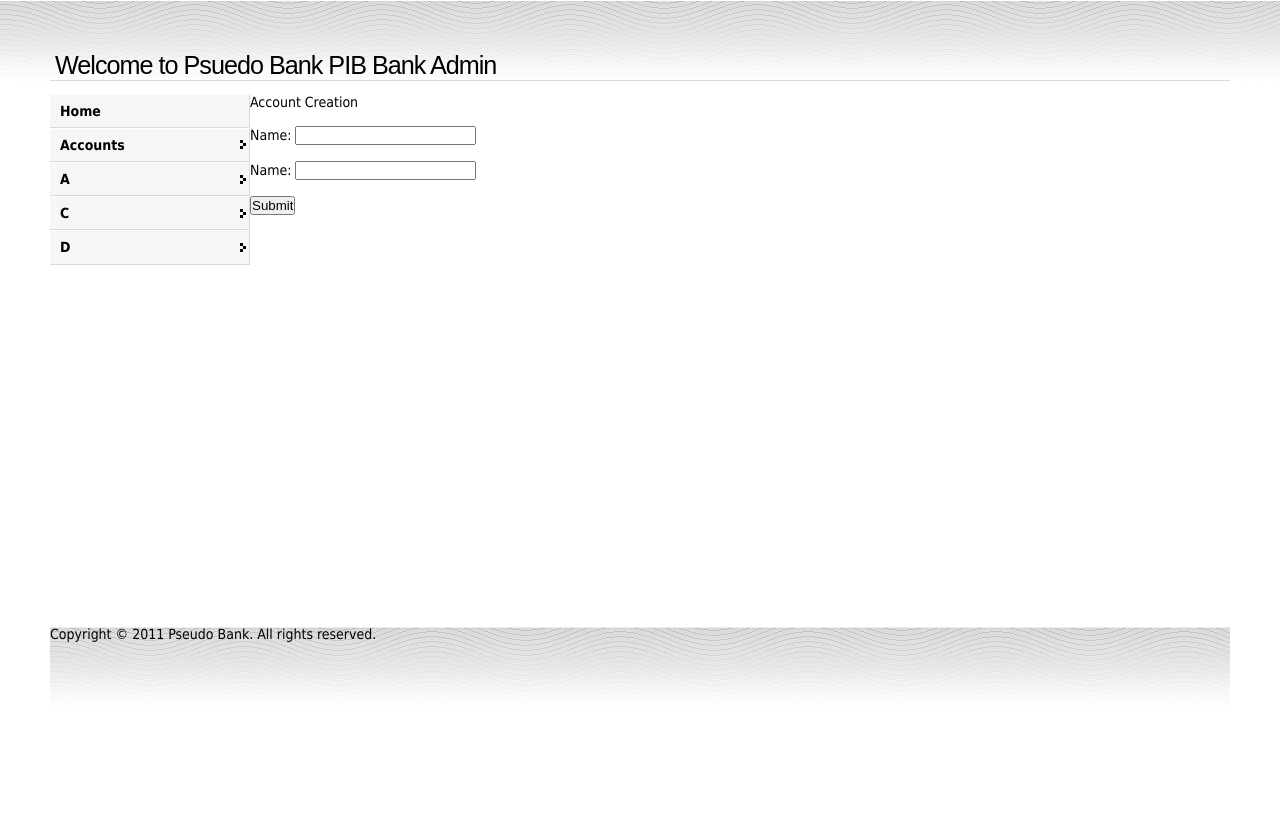
Repository: hareth12/Final-Year-Project
Page: http://localhost/bankAdmin/Account/accountCreation1.jsp
These files come from the project's save history. The page is drawn as it stood at one moment and after the next save; the edit follows.
The browser window is 1280 px wide. The pictures show the whole page.
The page is served by Tomcat 9.

Above is the page before, as saved 2011-09-30 02:02:42.

After the next save:
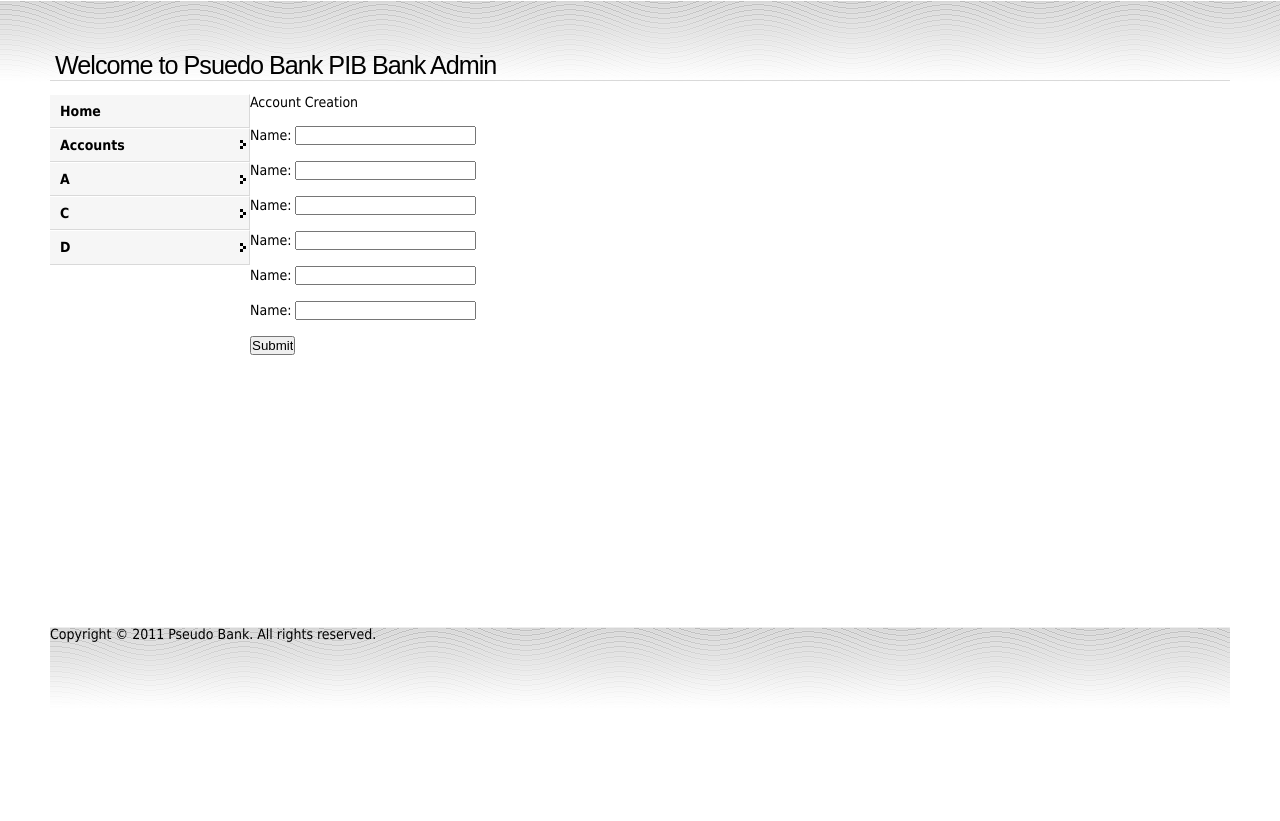
Saved 13 s later.
--- a/bankAdmin/WebContent/Account/accountCreation1.jsp
+++ b/bankAdmin/WebContent/Account/accountCreation1.jsp
@@ -68,6 +68,10 @@
 		<form name="input" action="html_form_action.asp" method="get">
 		Name: <input type="text" name="user" /> <br></br>
 		Name: <input type="text" name="user" /> <br></br>
+		Name: <input type="text" name="user" /> <br></br>
+		Name: <input type="text" name="user" /> <br></br>
+		Name: <input type="text" name="user" /> <br></br>
+		Name: <input type="text" name="user" /> <br></br>
 		<input type="submit" value="Submit" />
 		</form>
 
